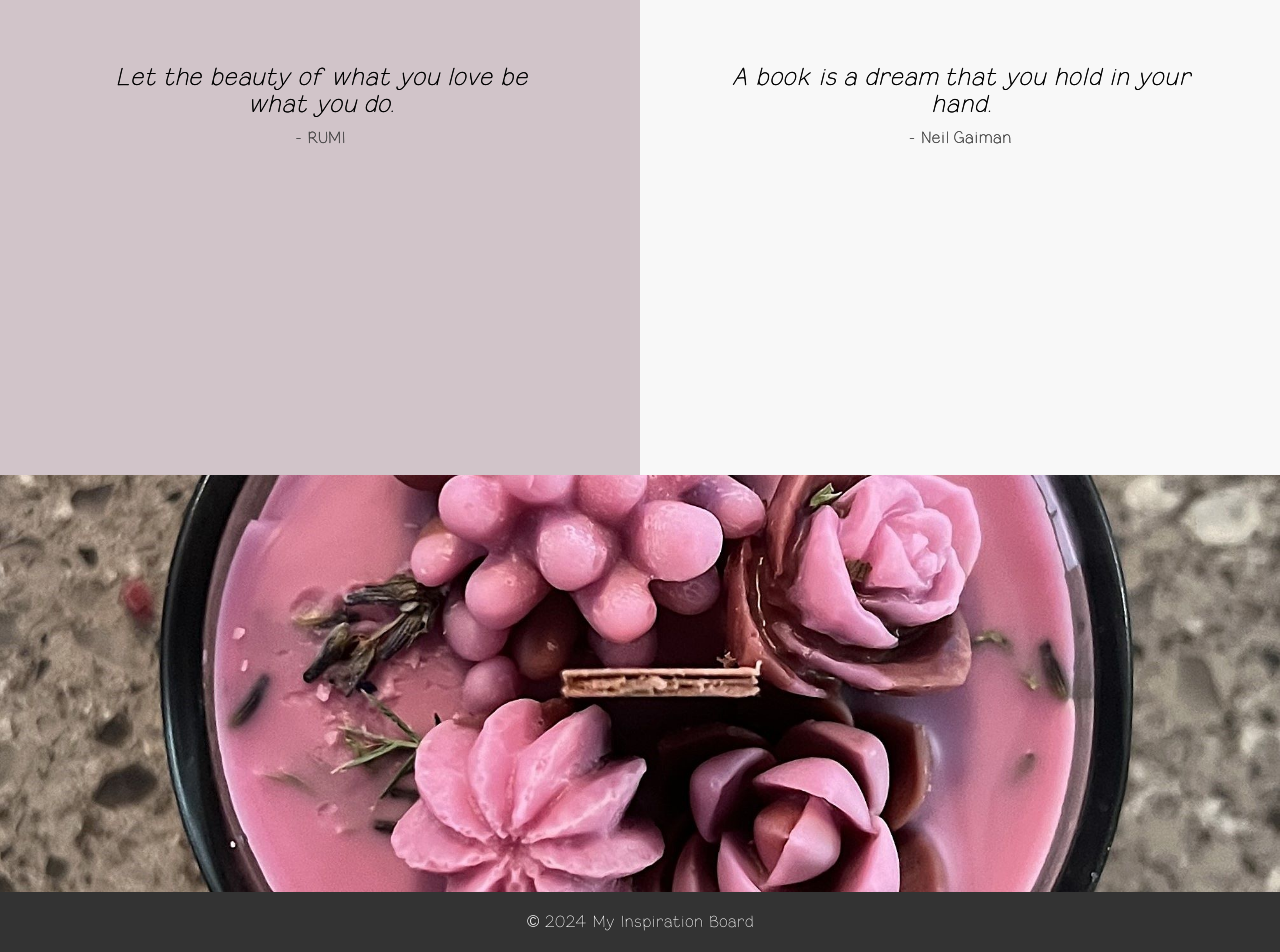
Repository: Brittany-Westlund/MART341-WebDesign
Page: WebDesignHomework/Assignment12/gallery.html
An editor plug-in stored every save of this project. The page is shown before and after the next save, followed by the edit.
The browser window is 1280 px wide. The pictures show the part of the page from y = 360 to 1312 px (the page is 1312 px tall before and 1262 px after).
Some web fonts or font styles are not loaded; a fallback is used.

Above is the page before, as saved 2024-11-15 19:56:27.

### WebDesignHomework/Assignment12/gallery.html
<!DOCTYPE html>
<html lang="en">
<head>
    <meta charset="UTF-8">
    <meta name="viewport" content="width=device-width, initial-scale=1.0">
    <title>My Inspiration Board</title>
    <link rel="preconnect" href="https://fonts.googleapis.com">
    <link rel="preconnect" href="https://fonts.gstatic.com" crossorigin>
    <link href="https://fonts.googleapis.com/css2?family=Arvo:ital,wght@0,400;0,700;1,400;1,700&family=Khand:wght@300;400;500;600;700&display=swap" rel="stylesheet">
    <link rel="stylesheet" href="style/style.css">
</head>
<body>
    <nav>
        <ul>
            <li><a href="index.html">inspiration</a></li>
            <li><a href="gallery.html">gallery</a></li>
            <li><a href="about.html">about</a></li>
            <li><a href="contact.html">contact</a></li>
        </ul>
    </nav>

<!-- Full-width video section -->
<div>
    <video class="full-width-video" autoplay muted loop>
        <source src="videos/journaling-video.mp4" type="video/mp4">
        Your browser does not support the video tag.
    </video>
</div>

<!-- Two-column block section -->
    <div class="two-column-gallery">
        <div class="left-section">
            <blockquote>Let the beauty of what you love be what you do.</blockquote>
            <p id="quote-author">- RUMI</p>
        </div>
        <div class="right-section">
            <blockquote>A book is a dream that you hold in your hand.</blockquote>
            <p id="quote-author">- Neil Gaiman</p>
        </div>
    </div>

    <!-- Full-width image section -->
    <div>
        <img class="banner-image" src="images/succulent_candle_topview_banner.jpg">
    </div>

    <footer>
        &copy; 2024 My Inspiration Board
    </footer>
</body>
</html>

### WebDesignHomework/Assignment12/style/style.css
/* Reset default styles */
* {
    margin: 0;
    padding: 0;
    box-sizing: border-box;
}

@font-face {
    font-family: 'Kitten';
    src: url('fonts/Kitten.ttf') format('truetype');
    font-weight: normal;
    font-style: normal;
}


body {
    font-family: 'Kitten', sans-serif; /* Falls back to sans-serif if font fails to load */
    text-shadow: 0.25px 0.25px 0 #000; /* Creates a thin shadow outline */
    font-size: 1.05em; /* Slightly increase font size to give a bolder effect */
}

/* Navigation styling */
nav {
    background-color: #fefefe;
    padding: 10px;
    text-align: center;
    font-family: arvo,  sans-serif;
    letter-spacing: 2px;
    font-size: 13px;
}

nav ul {
    list-style-type: none;
    display: flex;
    justify-content: center;
    gap: 20px;
}

nav ul li a {
    color: #4f3d3d;
    text-decoration: none;
    transition: color 0.3s ease, transform 0.3s ease; /* Smooth transition for hover effects */
}

/* Hover effect */
nav ul li a:hover {
    color: #a8858e; /* Change color on hover */
    text-decoration: overline; /* Add overline on hover for cleaner look */
}

h1 {
    font-family: arvo, sans-serif;
    letter-spacing: 2px;
}

/* Dark gray banner styling */
.banner {
    height: 200px;
    background-color: #333;
    color: white;
    display: flex;
    align-items: center;
    justify-content: center;
    font-size: 3.3em;
    font-family: arvo;
    text-align: center;
    letter-spacing: 0.2em;
}

/* Banner image styling */
.banner-image {
    width: 100%;
    height: auto;
    display: block;
}

/* Two-column block styling */
.two-column-block {
    display: flex;
}

.two-column-block div {
    flex: 1;
    padding: 90px;
    text-align: center;
}

.two-column-gallery {
    display: flex;
}

.two-column-gallery div {
    flex: 1;
    height: 500px;
    padding: 90px;
    text-align: center;
}

.left-section {
    background-color: #d1c4c9;
}

.right-section {
    background-color: #f8f8f8;
}

.about-section {
    max-width: 800px; /* Limits the width for readability */
    margin: 0 auto; /* Centers the section horizontally */
    padding: 20px; /* Adds space inside the section */
    text-align: center; /* Centers the text */
    line-height: 1.6; /* Improves readability */
}

/* Styling for blockquote and author */
blockquote {
    font-size: 1.5em;
    font-style: italic;
    margin-bottom: 10px;
}

#quote-author {
    font-size: 1em;
    color: #555;
    margin-top: 5px;
}

/* Full-width video styling */
.full-width-video {
    width: 100%;
    height: 300px;
    object-fit: cover;
    display: block;
}

/* Footer styling */
footer {
    background-color: #333;
    color: white;
    text-align: center;
    padding: 20px;
}

After the next save:
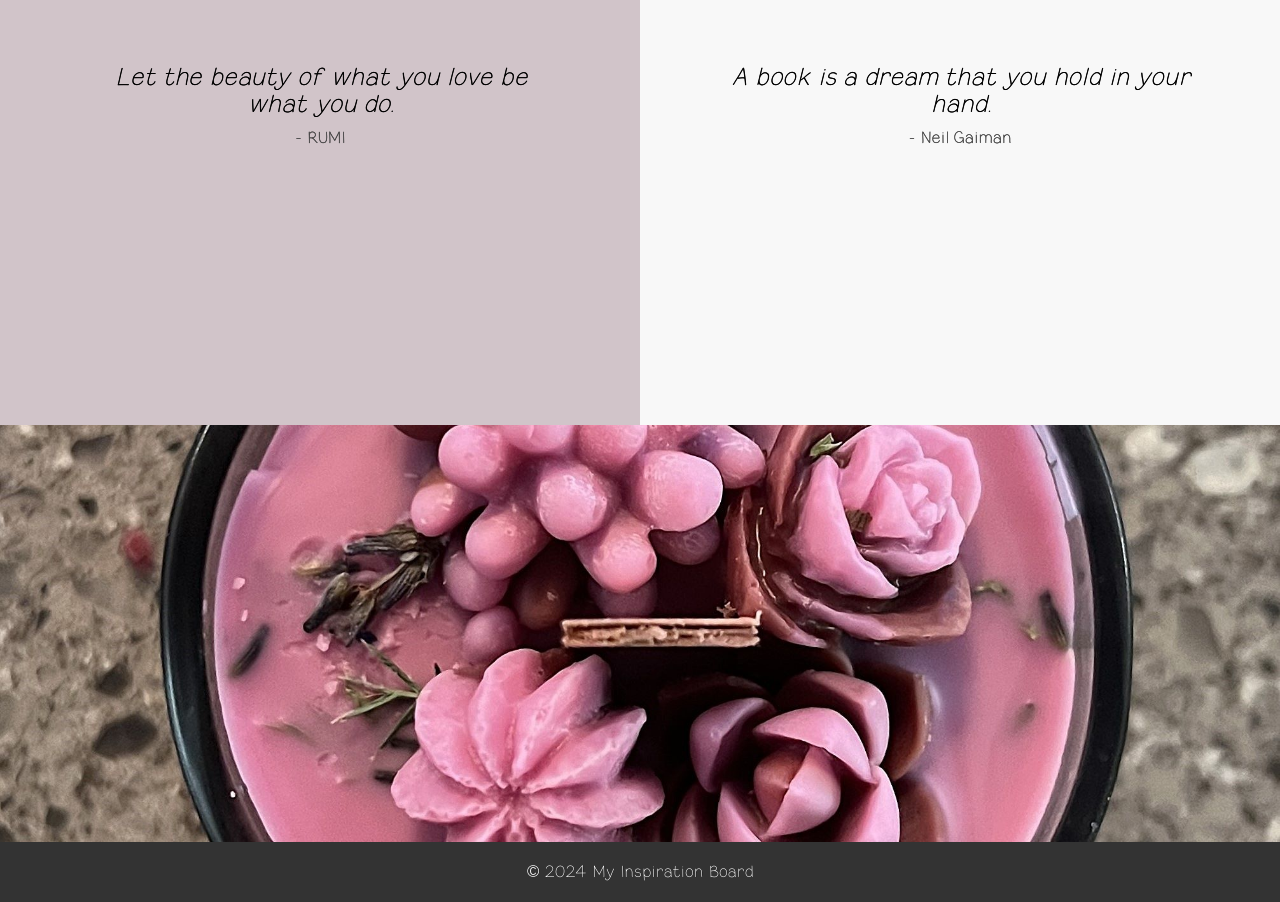
Saved 17 s later.
--- a/WebDesignHomework/Assignment12/style/style.css
+++ b/WebDesignHomework/Assignment12/style/style.css
@@ -91,7 +91,7 @@ h1 {
 
 .two-column-gallery div {
     flex: 1;
-    height: 500px;
+    height: 450px;
     padding: 90px;
     text-align: center;
 }
